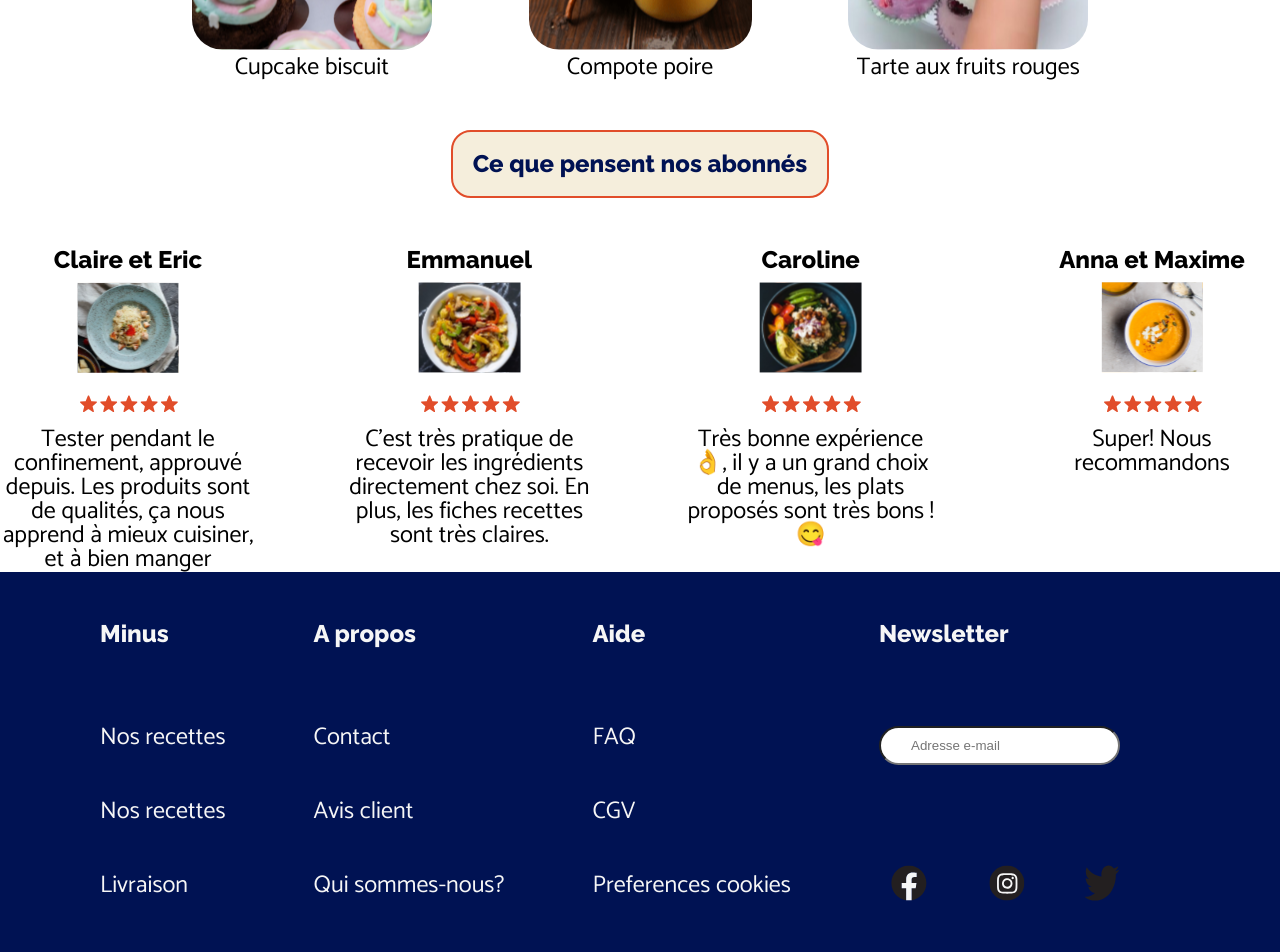
Repository: minus-team7/minus_team7
Page: minus_homepage.html
These files come from the project's save history. The page is drawn as it stood at one moment and after a run of saves; the edit follows.
The browser window is 1280 px wide. The pictures show the part of the page from y = 2524 to 3476 px (the page is 3597 px tall before and 3677 px after).
A picture or video elsewhere on the page could not be fetched, so the positions and the page height are approximate.

Above is the page before, as saved 2023-02-13 00:21:58.

After the next 2 saves:
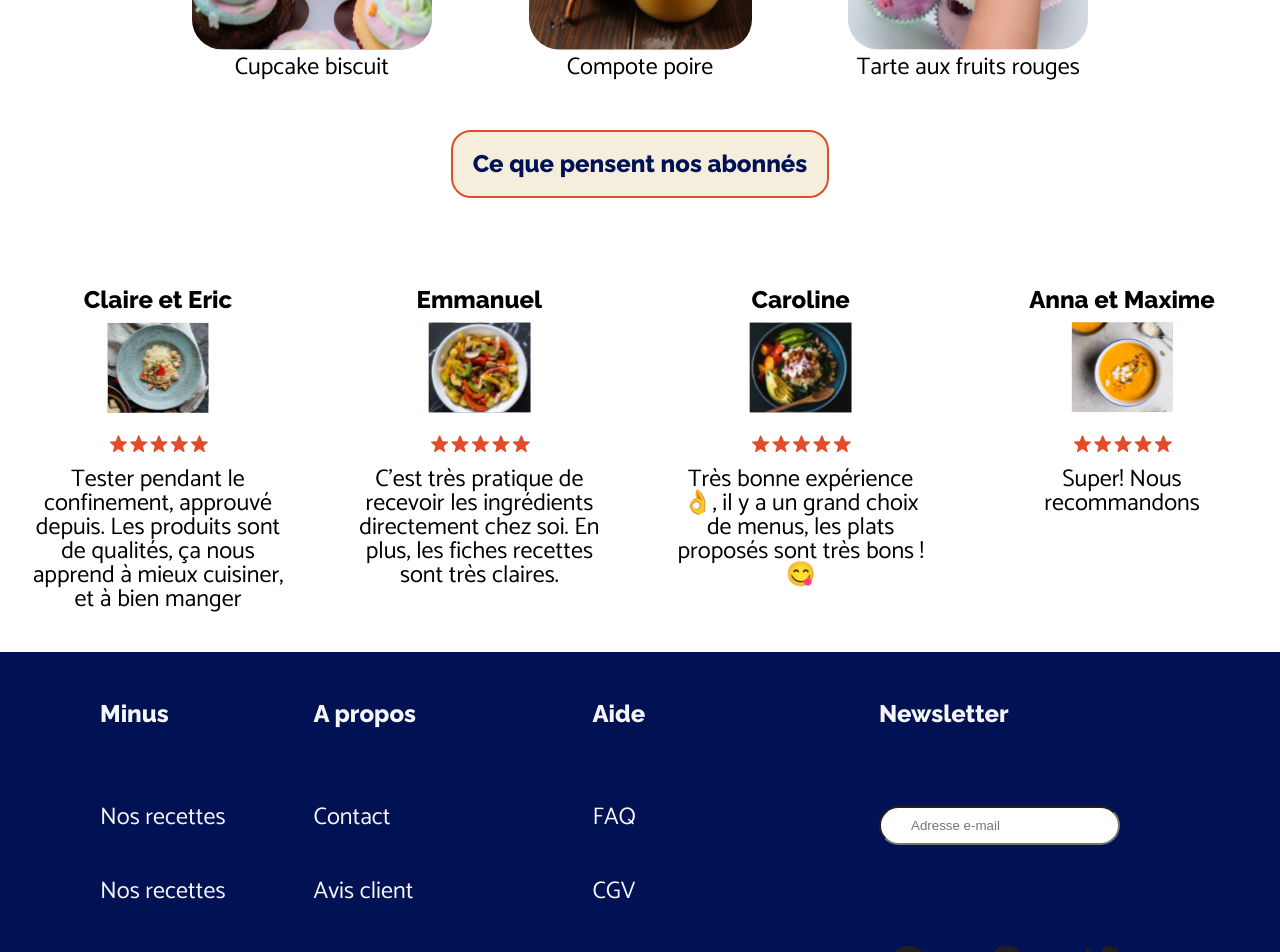
The 2 saves are shown as one change because they came seconds apart.
The last was saved 12 s later.
--- a/minus_homepage.css
+++ b/minus_homepage.css
@@ -96,7 +96,7 @@ h2{
     min-width: 220px;
     align-items: center;
     text-align: center;
-    margin: ;
+    margin: 40px 30px;
 }
 .avis img{
     width: 40%;
